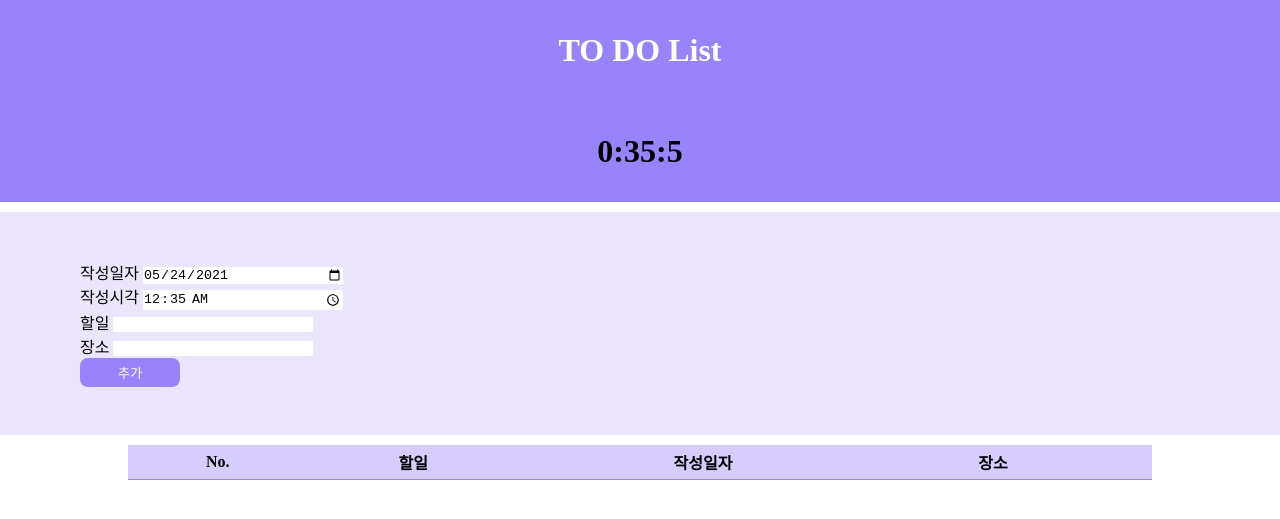
Repository: soyeon-noh/TodoList_Project
Page: http://localhost/Server_PR_TodoList/
These files come from the project's save history. The page is drawn as it stood at one moment and after the next save; the edit follows.
The browser window is 1280 px wide. The pictures show the whole page.
The page is served by Tomcat 9. Queries for data that is not in the repository find no rows.

Above is the page before, as saved 2021-05-25 04:17:06.

After the next save:
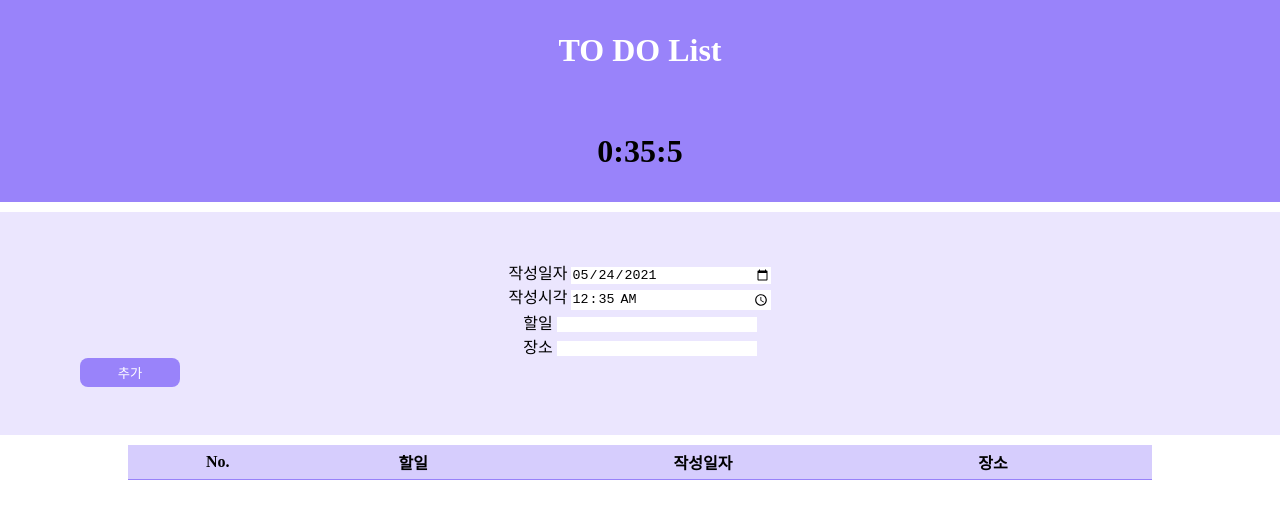
Saved 86 s later.
--- a/Server_PR_TodoList/src/main/webapp/static/css/home.css
+++ b/Server_PR_TodoList/src/main/webapp/static/css/home.css
@@ -21,7 +21,9 @@ form.v1 {
 	margin: 10px auto;
 }
 
-
+form.v1 div {
+	text-align: center;
+}
 
 form.v1 label{
 	width: 150px;
